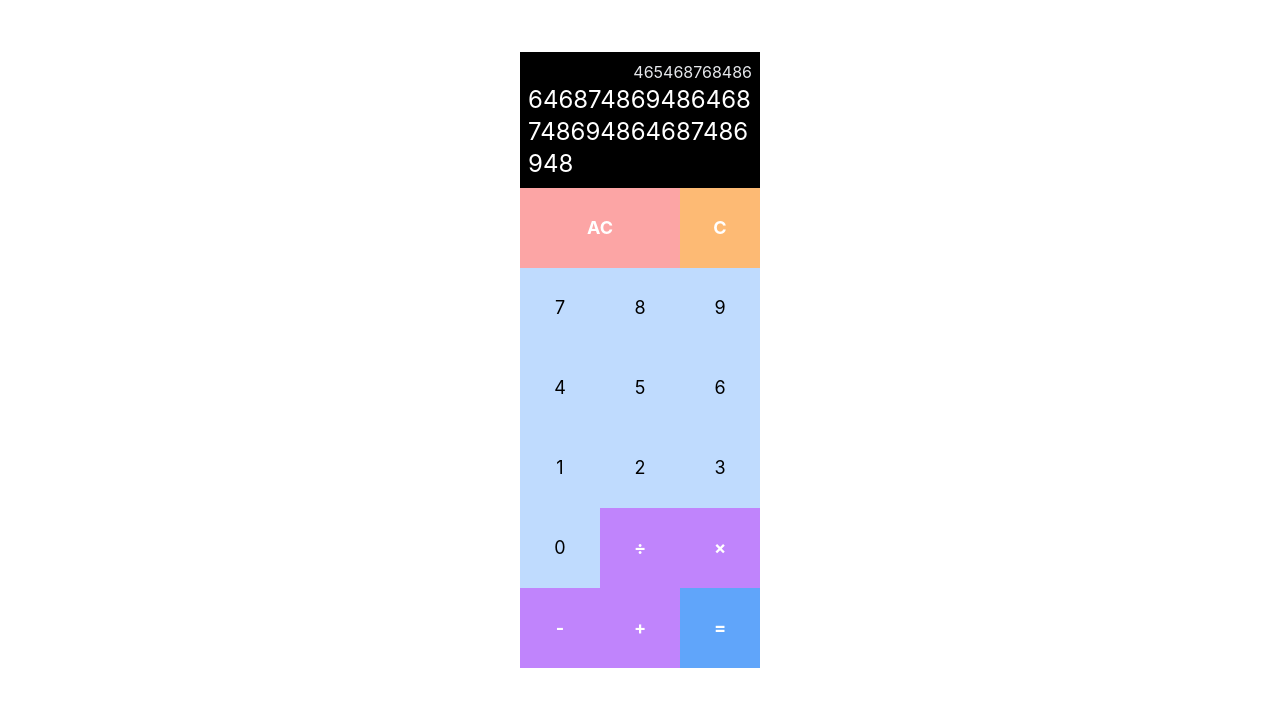
Repository: BrianPhamDev/calculator_app
Page: /
An editor plug-in stored every save of this project. The page is shown before and after the next save, followed by the edit.
The browser window is 1280 px wide. The pictures show the whole page.
The project was rebuilt for these pictures with package versions that can differ from the ones it lists, and the page was loaded fresh each time. Also part of the build but not shown: vite.config.js.

Above is the page before, as saved 2024-01-09 14:41:44.

After the next save:
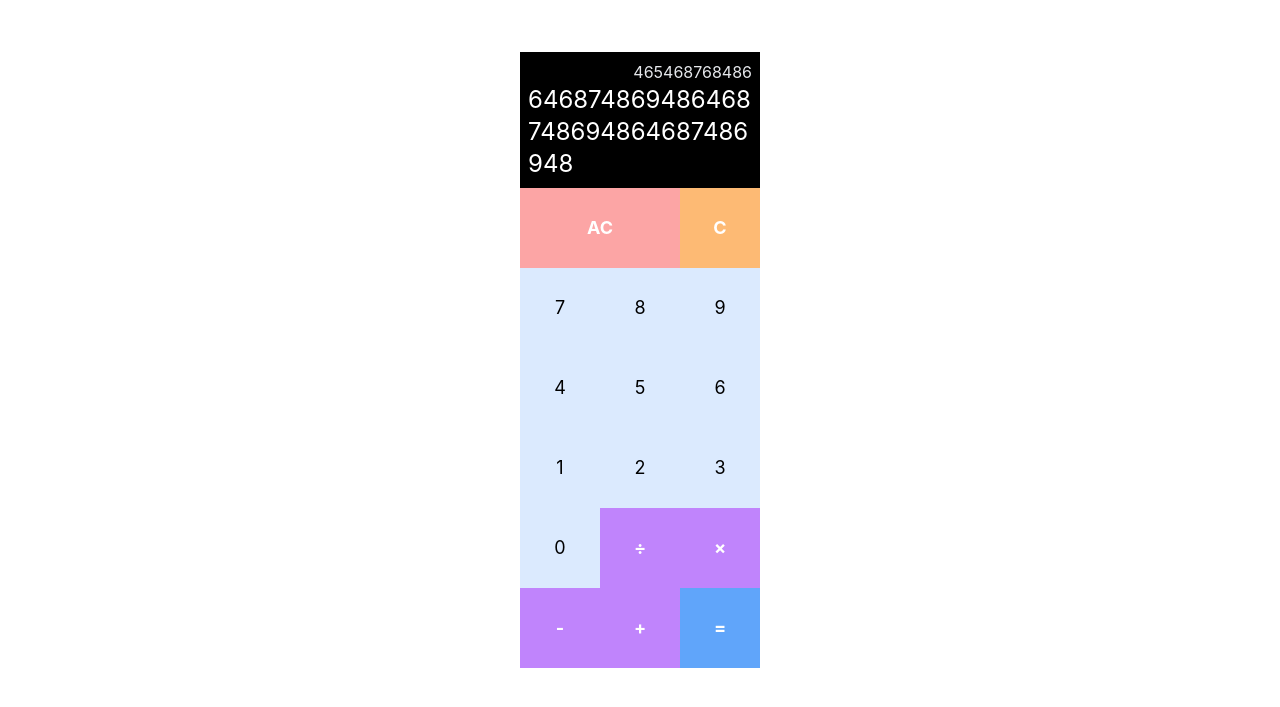
Saved 6 s later.
--- a/src/components/Calculator.jsx
+++ b/src/components/Calculator.jsx
@@ -27,7 +27,7 @@ const Calculator = () => {
           return (
             <div
               key={button.className}
-              className={`bg-blue-200 flex items-center justify-center w-20 h-20 hover:bg-slate-300 text-lg  ${
+              className={`bg-blue-100 flex items-center justify-center w-20 h-20 hover:bg-slate-300 text-lg  ${
                 specialClasses[button.className] || ""
               }
               ${specialTypes[button.type] || ""}`}
